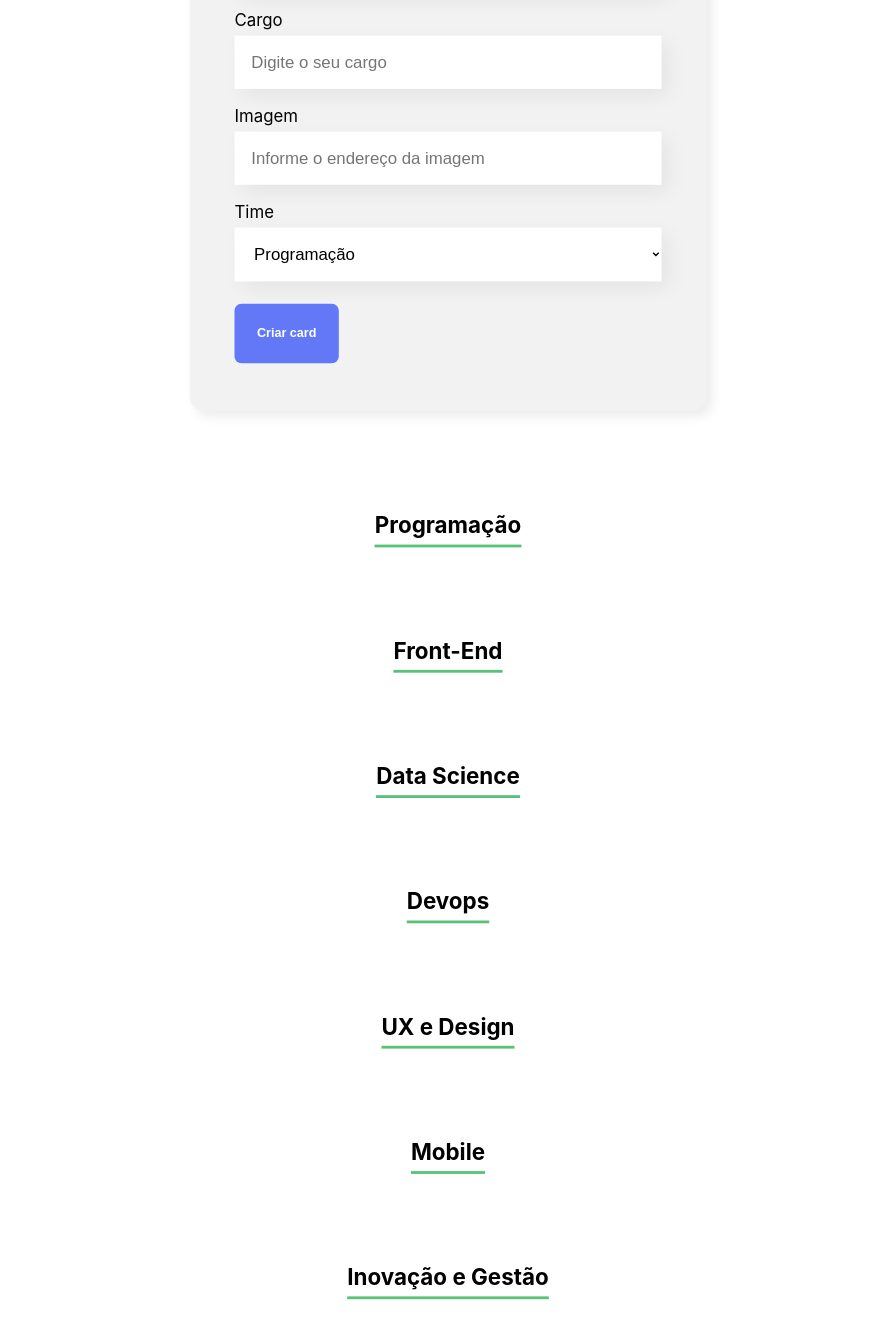
Repository: devMuriloOliveira/organo
Page: /
These files come from the project's save history. The page is drawn as it stood at one moment and after the next save; the edit follows.
The browser window is 1280 px wide. The pictures show the part of the page from y = 810 to 2730 px (the page is 2730 px tall), at 70% of full size.
The project was rebuilt for these pictures with package versions that can differ from the ones it lists, and the page was loaded fresh each time.

Above is the page before, as saved 2023-01-13 15:54:54.

After the next save:
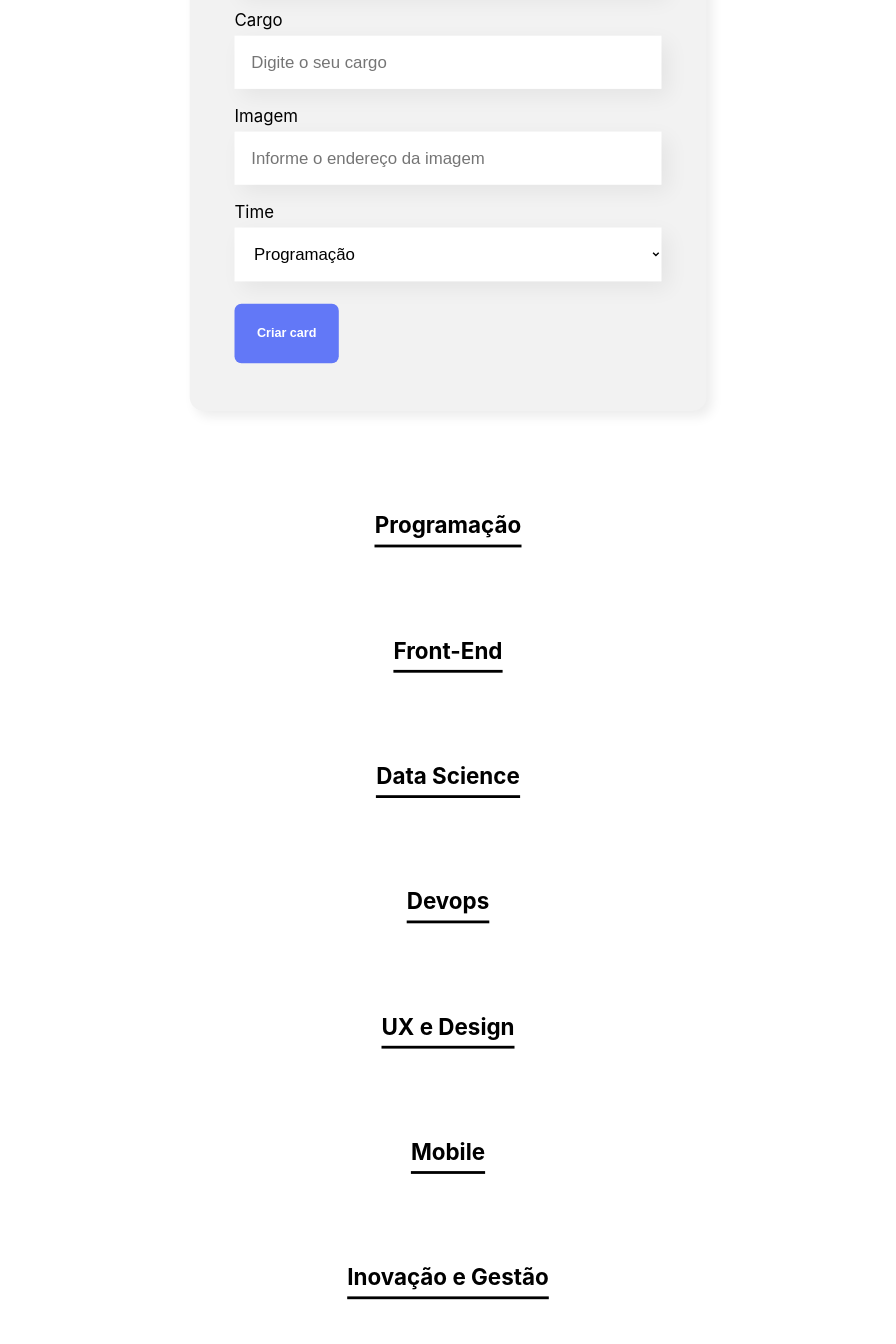
Saved 26 s later.
--- a/src/componentes/Time/Time.css
+++ b/src/componentes/Time/Time.css
@@ -6,7 +6,7 @@
 
 .time h3 {
   font-size: 32px;
-  border-bottom: 4px solid #57C278;
+  border-bottom: 4px solid;
   display: inline-block;
   padding-bottom: 8px;
 }
